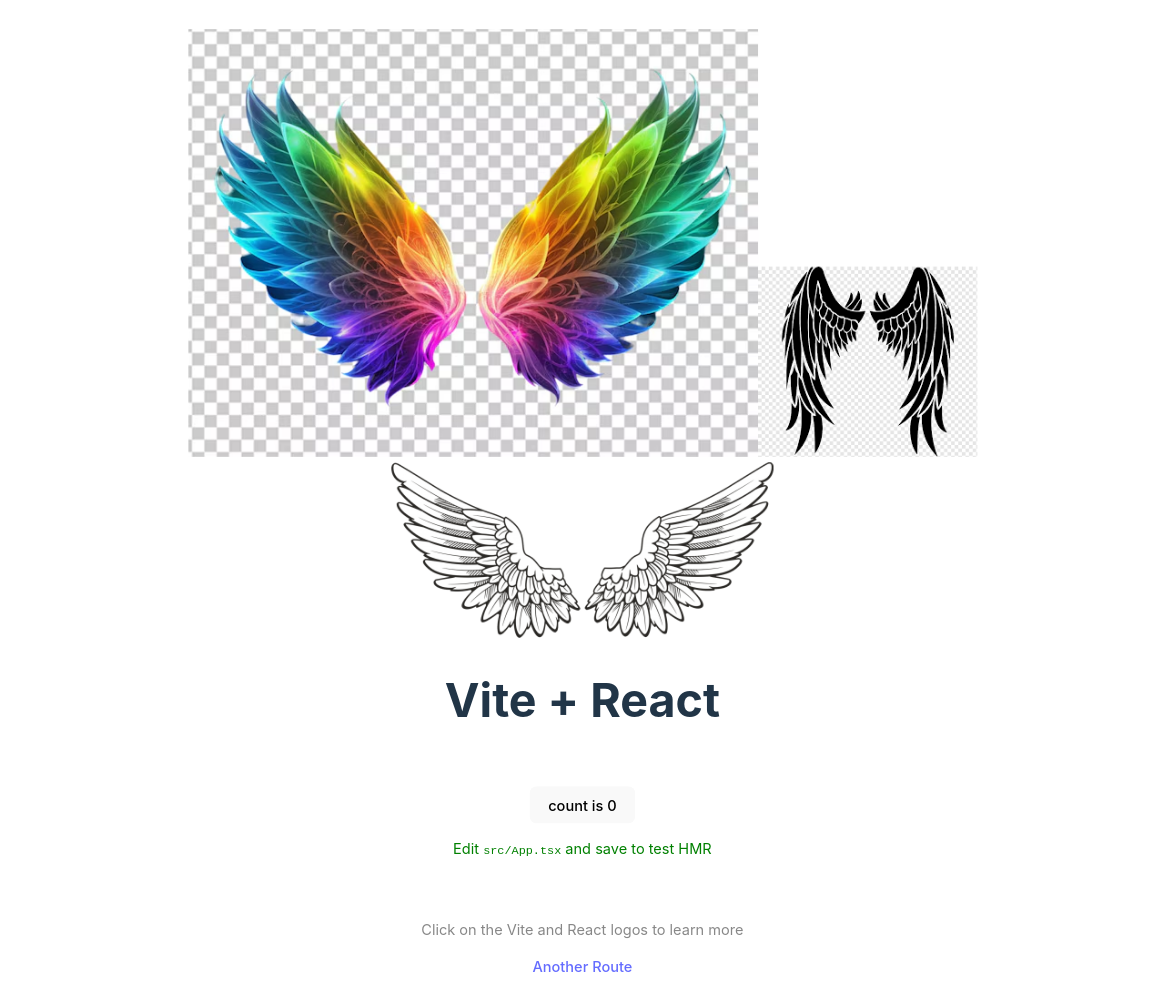
Repository: kgallagher52/first-vite-project
Page: /
The author's editor kept a copy of each file at every save. The page is drawn from the files as they stood at one save, then again after the next save.
The browser window is 1280 px wide. The pictures show the whole page, at 91% of full size.
The project was rebuilt for these pictures with package versions that can differ from the ones it lists, and the page was loaded fresh each time. Also part of the build but not shown: vite.config.ts.

Above is the page before, as saved 2024-10-01 16:46:20.

### src/App.tsx
import { useState } from "react";
// import reactLogo from "./assets/react.svg";
// import viteLogo from "/vite.svg";
import "./App.css";
import moduleOne from "./one.module.css";
import moduleTwo from "./two.module.css";

// Dynamic imports glob pattern by default lazy loads the images but you can add {eager: true} after the path to not lazy load them
const modules = import.meta.glob<{ default: string }>("./png-images/*.png", { eager: true });
function App() {
	const [count, setCount] = useState(0);

	return (
		<>
			<div>
				{Object.values(modules).map((src) => {
					return (
						<img
							src={src.default}
							alt="logo"
						/>
					);
				})}
			</div>
			<h1>Vite + React</h1>
			<div className="card">
				<button onClick={() => setCount((count) => count + 1)}>count is {count}</button>
				<p className={moduleTwo.highlight}>
					Edit <code>src/App.tsx</code> and save to test HMR
				</p>
			</div>
			<p className="read-the-docs">Click on the Vite and React logos to learn more</p>
			<a href="/another-route/">Another Route</a>
		</>
	);
}

export default App;

### src/two.module.css
.highlight {
	color: green;
}

### src/one.module.css
.highlight {
	color: red;
}

Loaded but not shown: index.html (common file); src/main.tsx (common file); src/index.css (common file); src/App.css (common file)

After the next save:
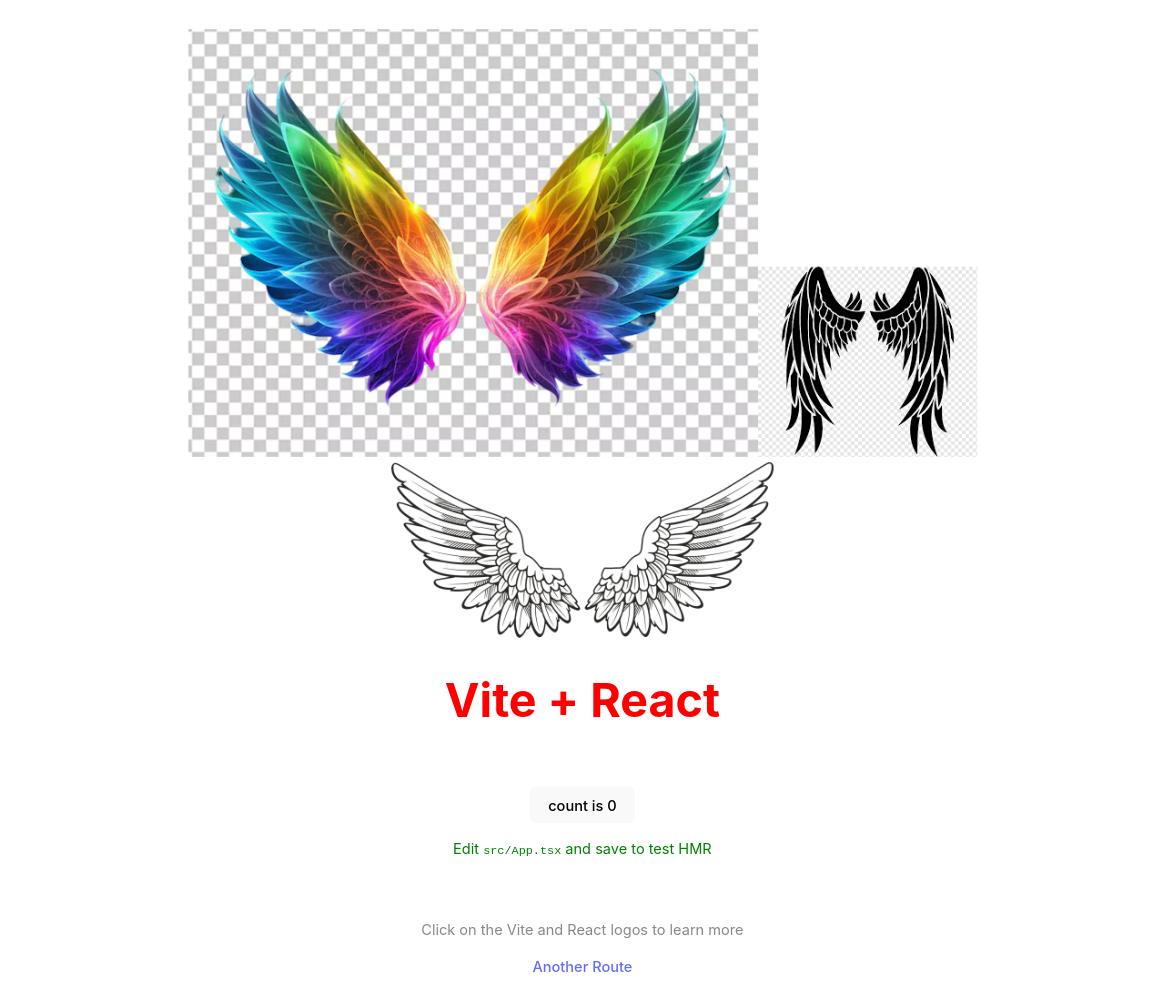
Saved 13 s later.
--- a/src/App.tsx
+++ b/src/App.tsx
@@ -22,7 +22,7 @@
 					);
 				})}
 			</div>
-			<h1>Vite + React</h1>
+			<h1 className={moduleOne.highlight}>Vite + React</h1>
 			<div className="card">
 				<button onClick={() => setCount((count) => count + 1)}>count is {count}</button>
 				<p className={moduleTwo.highlight}>

After the save that followed:
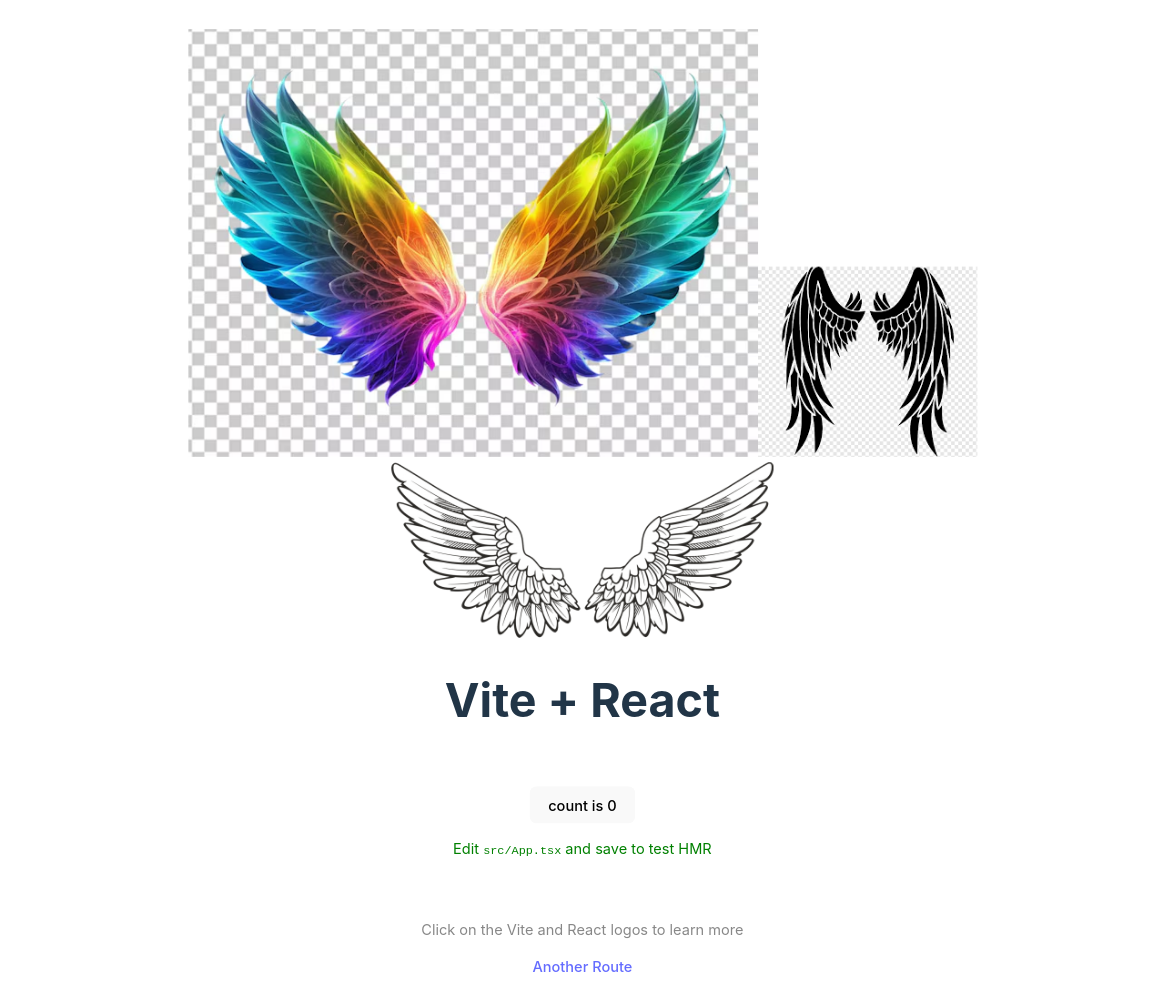
Saved 5 min 0 s later.
--- a/src/App.tsx
+++ b/src/App.tsx
@@ -22,7 +22,7 @@
 					);
 				})}
 			</div>
-			<h1 className={moduleOne.highlight}>Vite + React</h1>
+			<h1 className={moduleOne}>Vite + React</h1>
 			<div className="card">
 				<button onClick={() => setCount((count) => count + 1)}>count is {count}</button>
 				<p className={moduleTwo.highlight}>
